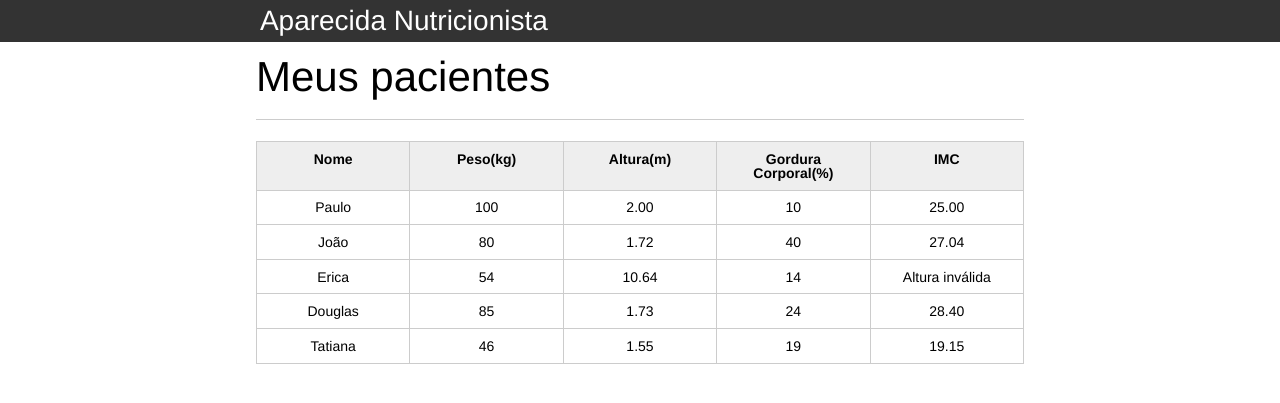
Repository: prof-fernando-alves/introducao-javascript
Page: index.html
An editor plug-in stored every save of this project. The page is shown before and after a run of saves, followed by the edit.
The browser window is 1280 px wide. The pictures show the whole page.

Above is the page before, as saved 2021-09-14 14:34:12.

After the next 2 saves:
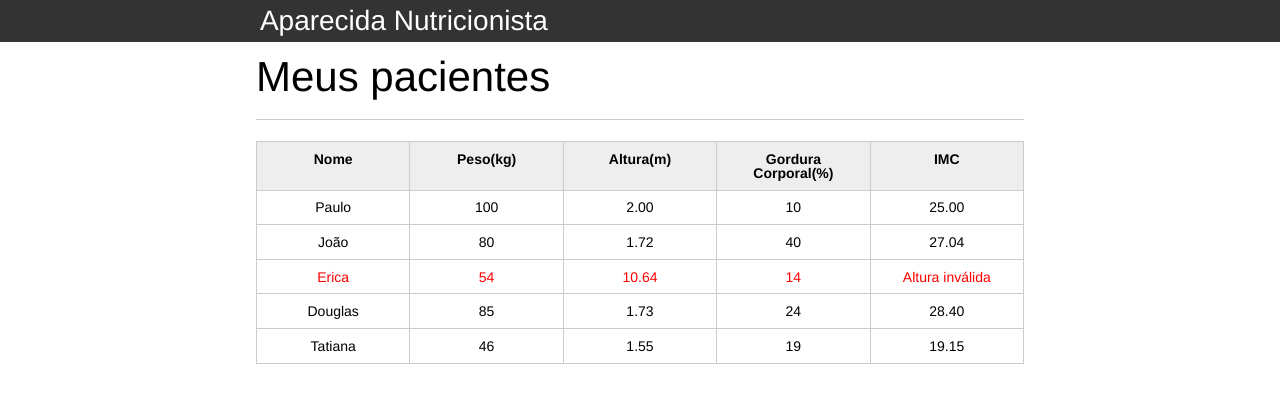
The 2 saves are shown as one change because they came seconds apart.
The last was saved 5 s later.
--- a/js/principal.js
+++ b/js/principal.js
@@ -27,7 +27,7 @@ for (var i=0; i < pacientes.length; i++){
             console.log("Altura inválida!");
             alturaEhValida = false;
             tdImc.textContent = "Altura inválida";
-            paciente.style.colo
+            paciente.style.color = "red"
         }
 
         if (pesoEhValido && alturaEhValida) {
